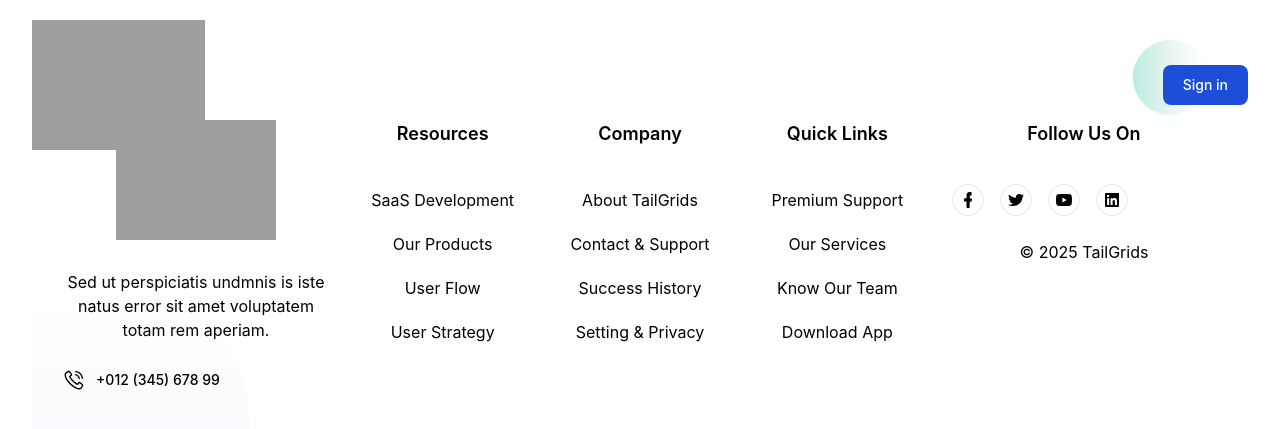
Repository: sayanroychaudhuri/React-One-Page-Ecommerce-Product-List
Page: /
These files come from the project's save history. The page is drawn as it stood at one moment and after the next save; the edit follows.
The browser window is 1280 px wide. The pictures show the whole page.
Pictures or frames that could not be fetched are drawn as grey boxes. The page's requests for data from a server got no answer. The project was rebuilt for these pictures with package versions that can differ from the ones it lists, and the page was loaded fresh each time. No one was signed in, and anything a server would have sent is missing.

Above is the page before, as saved 2024-02-01 20:27:55.

After the next save:
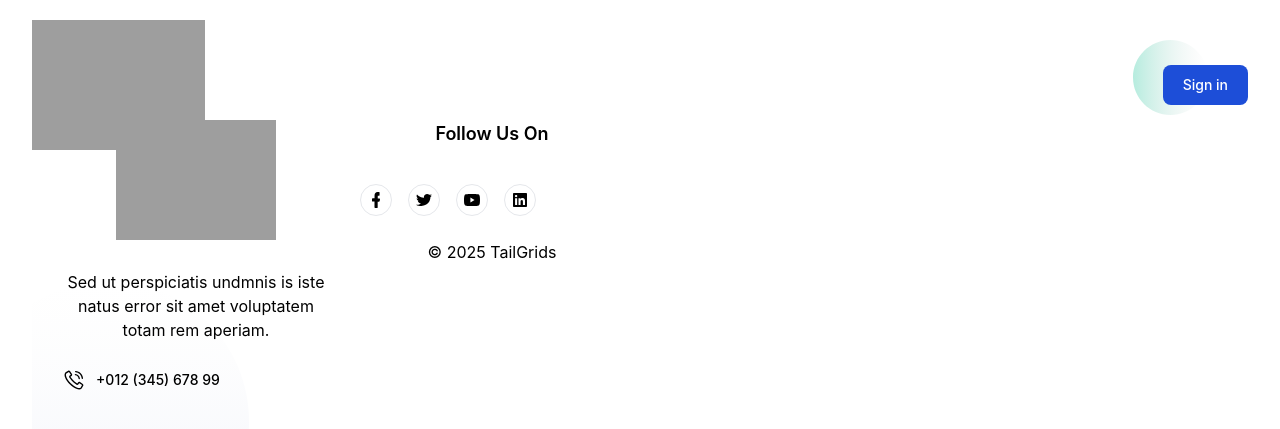
Saved 94 s later.
--- a/src/components/products/Footer.js
+++ b/src/components/products/Footer.js
@@ -58,25 +58,6 @@ const Footer = () => {
                 </p>
               </div>
             </div>
-
-            <LinkGroup header="Resources">
-              <NavLink link="/#" label="SaaS Development" />
-              <NavLink link="/#" label="Our Products" />
-              <NavLink link="/#" label="User Flow" />
-              <NavLink link="/#" label="User Strategy" />
-            </LinkGroup>
-            <LinkGroup header="Company">
-              <NavLink link="/#" label="About TailGrids" />
-              <NavLink link="/#" label="Contact & Support" />
-              <NavLink link="/#" label="Success History" />
-              <NavLink link="/#" label="Setting & Privacy" />
-            </LinkGroup>
-            <LinkGroup header="Quick Links">
-              <NavLink link="/#" label="Premium Support" />
-              <NavLink link="/#" label="Our Services" />
-              <NavLink link="/#" label="Know Our Team" />
-              <NavLink link="/#" label="Download App" />
-            </LinkGroup>
 
             <div className="w-full px-4 sm:w-1/2 lg:w-3/12">
               <div className="mb-10 w-full">
